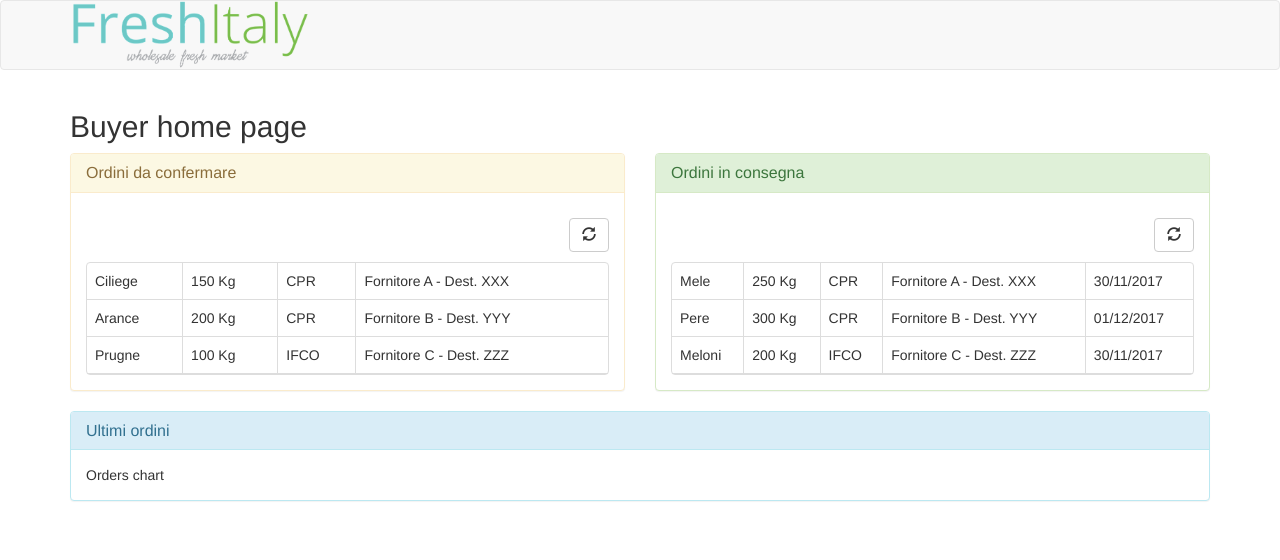
Repository: edikapllani/freshitaly
Page: http://localhost/buyer/home
An editor plug-in stored every save of this project. The page is shown before and after the next save, followed by the edit.
The browser window is 1280 px wide. The pictures show the whole page.
The page is this project's Thymeleaf template; nobody is signed in. The template is opened directly, without the code that normally fills it, so the values that code supplies are empty.

Above is the page before, as saved 2017-11-28 15:39:02.

### FreshItalyWeb/src/main/resources/templates/buyer/home.html
<!DOCTYPE html>
<html xmlns:th="http://www.thymeleaf.org">
<head>
	<meta charset="ISO-8859-1"/>
	<meta name="viewport" content="width=device-width, initial-scale=1" />
	<title>Buyer home</title>
	<link rel="stylesheet" href="/bootstrap-3.3.7/css/bootstrap.min.css" />
	<link rel="stylesheet" href="/css/bootstrap-table.css" />
	<link rel="stylesheet" href="/css/freshitaly.css" />

	<script src="/jquery/jquery-3.2.1.min.js"></script>
	<script src="/bootstrap-3.3.7/js/bootstrap.min.js"></script>
	<script src="/js/bootstrap-table.js"></script>
	<script src="/js/bootstrap-table-it-IT.js"></script>
	<script src="/js/freshitaly.js"></script>
</head>
<body>
	<nav class="navbar navbar-default">
	  <div class="container">
	    <img src="/images/logo-scritta.png" width="240" height="68"/>
	  </div>
	</nav>

	<div class="container">

		<h2>Buyer home page</h2>

		<div class="row">
			<div class="col-xs-12 col-sm-6 col-md-6 col-lg-6">
				<div class="panel panel-warning">
					<div class="panel-heading">
						<h3 class="panel-title">Ordini da confermare</h3>
					</div>
					<div class="panel-body">
					        <table id="toconfirmtable"
				               data-locale="it-IT"
				               data-toggle="table"
				               data-show-refresh="true"
				               data-show-toggle="false"
				               data-search="false"
				               data-id-field="product"
				               data-show-header="false"
				               data-sortable="false"
				               data-pagination="false">
				            <thead>
				                <th data-field="product">Prodotto</th>
				                <th data-field="quantity">Quantita'</th>
				                <th data-field="package">Package</th>
				                <th data-field="producer">Produttore</th>
				            </thead>
				        </table>

					</div>
				</div>
			</div>
			<div class="col-xs-12 col-sm-6 col-md-6 col-lg-6">
				<div class="panel panel-success">
					<div class="panel-heading">
						<h3 class="panel-title">Ordini in consegna</h3>
					</div>
					<div class="panel-body">
					        <table id="toshiptable"
				               data-locale="it-IT"
				               data-toggle="table"
				               data-show-refresh="true"
				               data-show-toggle="false"
				               data-search="false"
				               data-id-field="product"
				               data-show-header="false"
				               data-sortable="false"
				               data-pagination="false">
				            <thead>
				                <th data-field="product">Prodotto</th>
				                <th data-field="quantity">Quantita'</th>
				                <th data-field="package">Package</th>
				                <th data-field="producer">Produttore</th>
				                <th data-field="shippingdate">Data prevista</th>
				            </thead>
				        </table>
					</div>
				</div>
			</div>
		</div>
		<div class="row">
			<div class="col-xs-12 col-sm-12 col-md-12 col-lg-12">
				<div class="panel panel-info">
					<div class="panel-heading">
						<h3 class="panel-title">Ultimi ordini</h3>
					</div>
					<div class="panel-body">
					Orders chart
					</div>
				</div>
			</div>
<!-- 			<select name="testselect1" id="testselect1" class="form-control">
				<option value="">seleziona</option>
			</select> -->
		</div>
	</div>

	<div class="ajax-loader"></div>

	<script type="text/javascript">
	var datax = [{
	    "product": "Ciliege",
	    "quantity": "150 Kg",
	    "package": "CPR",
	    "producer": "Fornitore A - Dest. XXX"
	}, {
	    "product": "Arance",
	    "quantity": "200 Kg",
	    "package": "CPR",
	    "producer": "Fornitore B - Dest. YYY"
	}, {
	    "product": "Prugne",
	    "quantity": "100 Kg",
	    "package": "IFCO",
	    "producer": "Fornitore C - Dest. ZZZ"
	}];

	var datay = [{
	    "product": "Mele",
	    "quantity": "250 Kg",
	    "package": "CPR",
	    "producer": "Fornitore A - Dest. XXX",
	    "shippingdate": "30/11/2017"
	}, {
	    "product": "Pere",
	    "quantity": "300 Kg",
	    "package": "CPR",
	    "producer": "Fornitore B - Dest. YYY",
	    "shippingdate": "01/12/2017"
	}, {
	    "product": "Meloni",
	    "quantity": "200 Kg",
	    "package": "IFCO",
	    "producer": "Fornitore C - Dest. ZZZ",
	    "shippingdate": "30/11/2017"
	}];


    $('#toconfirmtable').bootstrapTable({
        data: datax
    });
    $('#toshiptable').bootstrapTable({
        data: datay
    });

	//populateSelect('http://localhost:8889/test', '#testselect1', null);

	</script>
</body>
</html>

### FreshItalyWeb/src/main/resources/static/css/freshitaly.css
body.fixed-navbar {
	padding-top: 76px;
	padding-bottom: 70px;
}
.login{
	background: url(/images/bg-login.png) center center/cover no-repeat fixed;
}
.bg-white {
	background-color: #fff;
}
div.ajax-loader {
    display:none;
    position: absolute;
    top: 0;
    left: 0;
    background: url('/images/ajax-loader.gif') scroll no-repeat 50% 50% transparent;
    width: 100%;
    height: 100%;
    background-color: #fff;
    -ms-filter: "progid:DXImageTransform.Microsoft.Alpha(Opacity=50)";       /* IE 8 */
	filter: alpha(opacity=50);  /* IE 5-7 */
	-moz-opacity: 0.5;          /* Netscape */
	-khtml-opacity: 0.5;        /* Safari 1.x */
	opacity: 0.5;               /* Good browsers */
}
#success_message{ display: none;}

### FreshItalyWeb/src/main/resources/static/js/bootstrap-table-it-IT.js
/**
 * Bootstrap Table Italian translation
 * Author: Davide Renzi<davide.renzi@gmail.com>
 * Author: Davide Borsatto <davide.borsatto@gmail.com>
 * Author: Alessio Felicioni <alessio.felicioni@gmail.com>
 */
(function ($) {
    'use strict';

    $.fn.bootstrapTable.locales['it-IT'] = {
        formatLoadingMessage: function () {
            return 'Caricamento in corso...';
        },
        formatRecordsPerPage: function (pageNumber) {
            return pageNumber + ' elementi per pagina';
        },
        formatShowingRows: function (pageFrom, pageTo, totalRows) {
            return 'Pagina ' + pageFrom + ' di ' + pageTo + ' (' + totalRows + ' elementi)';
        },
        formatSearch: function () {
            return 'Cerca';
        },
        formatNoMatches: function () {
            return 'Nessun elemento trovato';
        },
        formatRefresh: function () {
            return 'Aggiorna';
        },
        formatToggle: function () {
            return 'Alterna';
        },
        formatColumns: function () {
            return 'Colonne';
        },
        formatAllRows: function () {
            return 'Tutto';
        }
    };

    $.extend($.fn.bootstrapTable.defaults, $.fn.bootstrapTable.locales['it-IT']);

})(jQuery);

### FreshItalyWeb/src/main/resources/static/js/freshitaly.js
/**
 *
 */
$.fn.serializeObject = function()
{
    var o = {};
    var a = this.serializeArray();
    $.each(a, function() {
        if (o[this.name] !== undefined) {
            if (!o[this.name].push) {
                o[this.name] = [o[this.name]];
            }
            o[this.name].push(this.value || '');
        } else {
        	o[this.name] = this.value || '';
        }
    });
    return o;
};

function populateSelect(url, element, parameters){
	$.ajax({
	    url: url,
	    type:'GET',
	    dataType: 'json',
	    success: function( json ) {
			$.each(json, function(i, obj){
            	$(element).append($('<option>').text(obj.text).attr('value', obj.id));
	        });
	    }
	});
}

function populateForm(url, element, parameters){
    $('.ajax-loader').show();
    $.ajax({
        type: 'POST',
        url: url,
        dataType: 'json',
        timeout: 10000,

        success: function(data){
            if(data){
            	fillForm($(element), data);
            }
        },
        error: function(data, errorThrown){
            alert('request failed :'+errorThrown);
        },
        complete: function(){
              $('.ajax-loader').hide();
        }
  });

}

function fillForm(frm, data) {
	$.each(data, function(key, value){
		var $ctrl = $('[name='+key+']', frm);
		if($ctrl.is('textarea')){
			$ctrl.val(value);
		}
		if($ctrl.is('select')){
			$("option",$ctrl).each(function(){
				if (this.value==value) { this.selected=true; }
			});
		} else {
			switch($ctrl.attr("type")) {
				case "text" :  case "date" :  case "hidden":
					$ctrl.val(value);
					break;
				case "radio" : case "checkbox":
					$ctrl.each(function(){
						if($(this).attr('value') == value) {
							$(this).attr("checked",value);
						}
					});
					break;
			}
		}
	});
}

Loaded but not shown: FreshItalyWeb/src/main/resources/static/bootstrap-3.3.7/css/bootstrap.min.css (library); FreshItalyWeb/src/main/resources/static/css/bootstrap-table.css (library); FreshItalyWeb/src/main/resources/static/jquery/jquery-3.2.1.min.js (library); FreshItalyWeb/src/main/resources/static/bootstrap-3.3.7/js/bootstrap.min.js (library); FreshItalyWeb/src/main/resources/static/js/bootstrap-table.js (library)

After the next save:
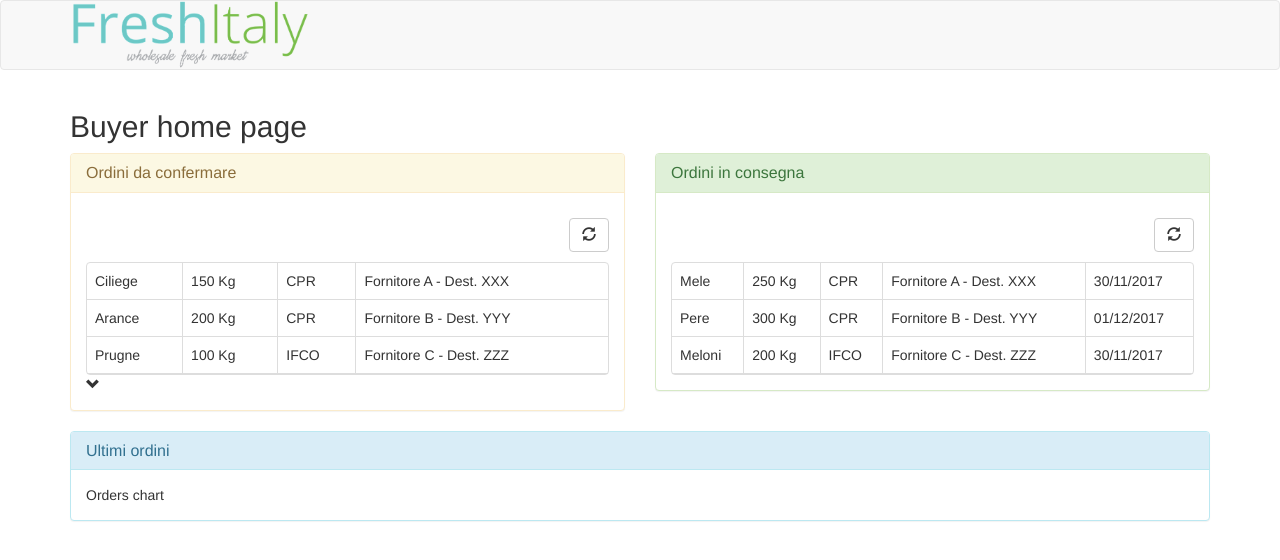
Saved 4 min 36 s later.
--- a/FreshItalyWeb/src/main/resources/templates/buyer/home.html
+++ b/FreshItalyWeb/src/main/resources/templates/buyer/home.html
@@ -49,7 +49,7 @@
 				                <th data-field="producer">Produttore</th>
 				            </thead>
 				        </table>
-
+						<span class="glyphicon glyphicon-chevron-down"></span>
 					</div>
 				</div>
 			</div>
